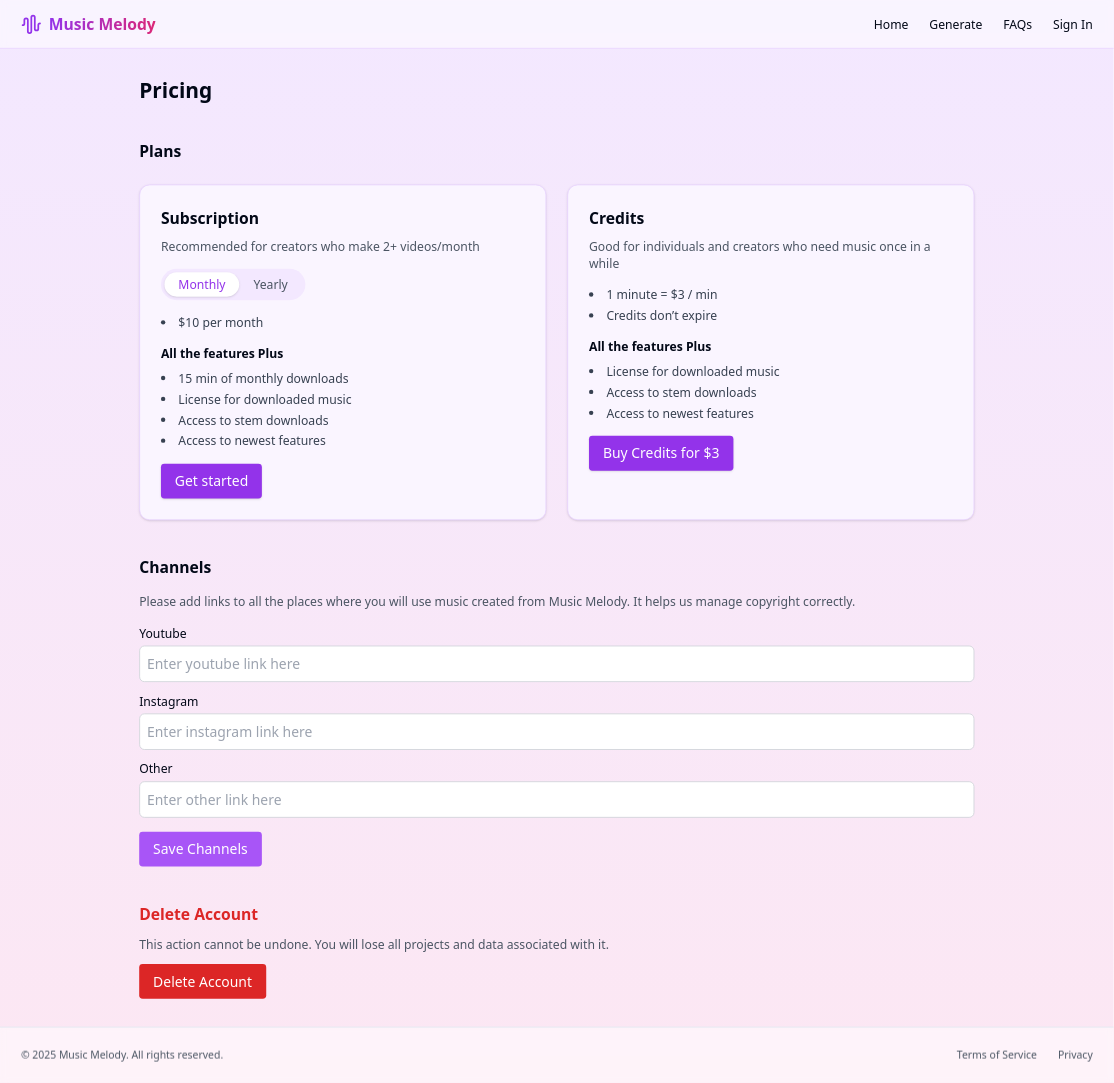
Repository: Aadityakesarwani/musicMelody
Page: /Pricing
An editor plug-in stored every save of this project. The page is shown before and after the next save, followed by the edit.
The browser window is 1280 px wide. The pictures show the whole page, at 87% of full size.
The project was rebuilt for these pictures with package versions that can differ from the ones it lists, and the page was loaded fresh each time. Also part of the build but not shown: vite.config.js, src/lib/utils.js, src/components/ui/accordion.jsx, src/components/Faq.jsx, src/components/ui/button.jsx, src/components/Hero.jsx, src/components/HowItWorks.jsx, src/context/AuthContext.jsx and 13 more. Imported but missing from the stored project, and not drawn on this page: src/assets/1.mp4, src/assets/2.mp4, src/assets/3.mp4, src/assets/4.mp4, src/assets/5.mp4.

Above is the page before, as saved 2025-04-13 19:54:23.

After the next save:
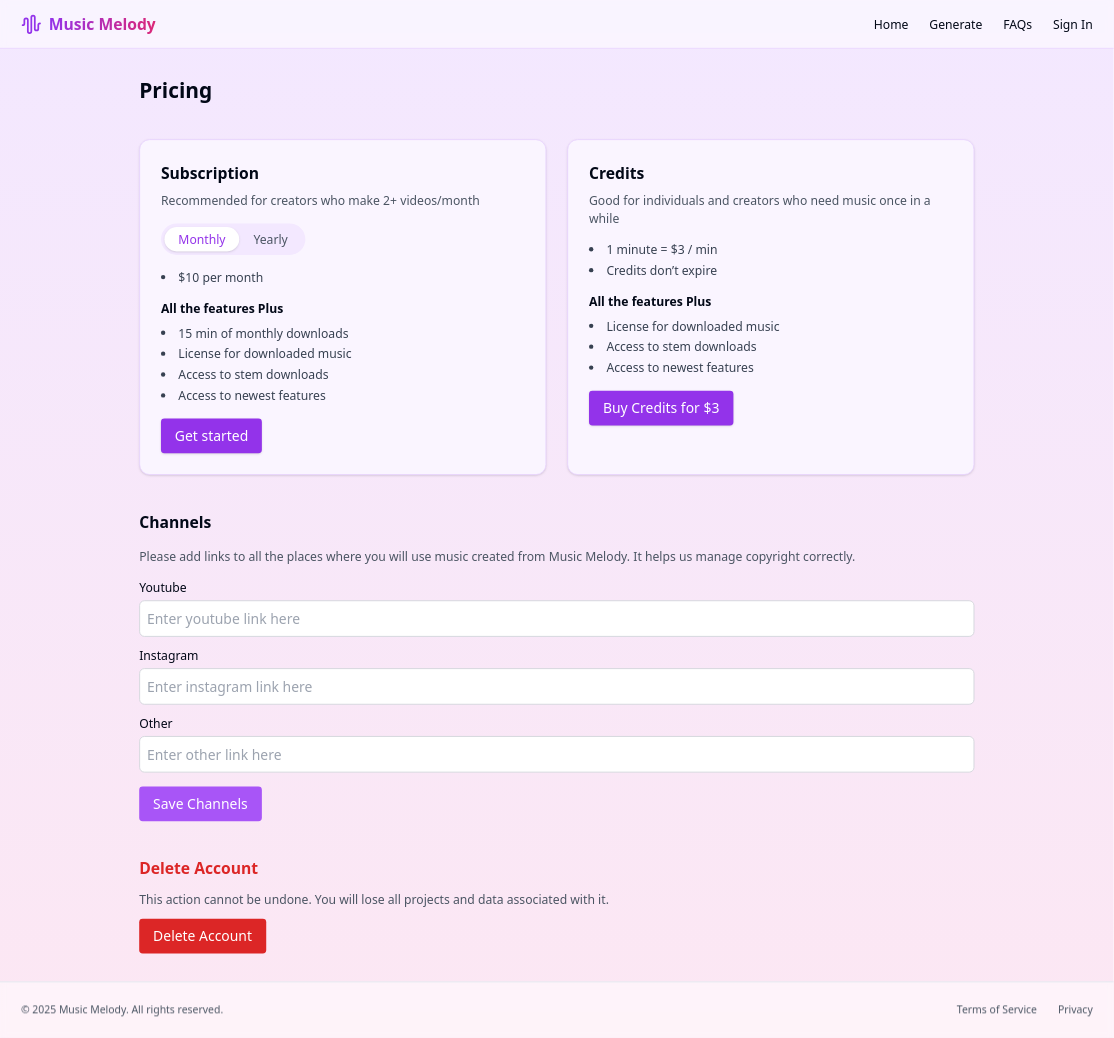
Saved 10 s later.
--- a/src/components/Pricing.jsx
+++ b/src/components/Pricing.jsx
@@ -30,7 +30,7 @@ export default function Pricing() {
       <h2 className="text-2xl font-bold">Pricing</h2>
 
       <div className="space-y-6">
-        <h3 className="text-lg font-semibold">Plans</h3>
+
 
         <div className="grid grid-cols-1 md:grid-cols-2 gap-6">
           <div className="p-6 bg-purple-50 border border-purple-200 rounded-xl shadow">
